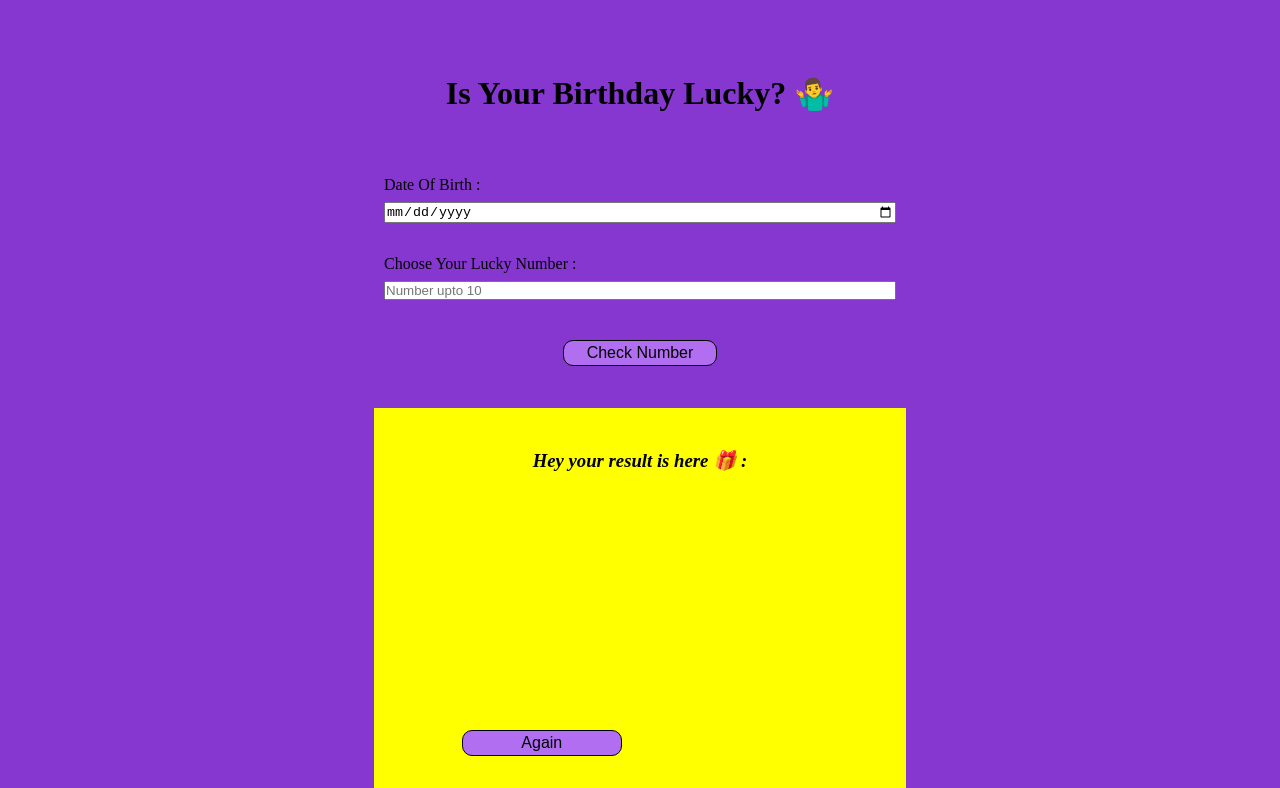
Repository: patelamancode/Lucky-Birthday-App
Page: index.html
An editor plug-in stored every save of this project. The page is shown before and after the next save, followed by the edit.
The browser window is 1280 px wide. The pictures show the whole page.

Above is the page before, as saved 2022-11-23 15:27:09.

### index.html
<!DOCTYPE html>
<html lang="en">
<head>
    <meta charset="UTF-8">
    <meta http-equiv="X-UA-Compatible" content="IE=edge">
    <meta name="viewport" content="width=device-width, initial-scale=1.0">
    <link rel="stylesheet" href="index.css">
    <title>Is your birthday lucky</title>
</head>
<body>
    <div id="main-container">
        <h1 class="app-title">Is Your Birthday Lucky? 🤷‍♂️</h1>
        <label for="date-of-birth" class="dob">Date Of Birth :</label>
        <input type="date" id="selected-dob">
        <label for="lucky-number" class="favourite-number">Choose Your Lucky Number :</label>
        <input type="number" class="user-number" placeholder="Number upto 10">
        <button id="check-btn">Check Number</button>
    </div>
    <div id="graphic-container">
        <h3 id="result-heading">Hey your result is here 🎁 :</h3>
        <p id="final-result"></p>
        <button id="back-btn">Again</button>
    </div>
    <script src="index.js"></script>
</body>
</html>

### index.css
*{
    margin: 0;
    padding: 0;
}
 body{
    background-color: rgb(134, 55, 207);
 }

 #main-container {
    display: flex;
    flex-direction: column;
    width: 40vw;
    margin: auto;
    margin-top: 2rem;
    padding: 10px;
    text-align: center;
 }

 .app-title{
    margin: 2rem 0;
 }
 label{
    width: auto;
    text-align: left;
    margin-top: 2rem;
    margin-bottom: 0.5rem;
 }
 /* input{
    -webkit-appearance: none;
    box-shadow: none !important;
 } */
 button{
    margin: auto;
    margin-top: 2.5rem;
    width: 30%;
    padding: 3px;
    font-size: 1rem;
    font-weight: 500;
    border: 1px solid;
    background-color: rgb(177, 110, 240);
    border-radius: 10px;
 }

/* change in display to flex from none */
 #graphic-container{
    display: flex;
    flex-direction: column;
    width: 40vw;
    height: 50vh;
    margin: auto;
    margin-top: 2rem;
    padding: 10px;
    text-align: center;
    background-color: yellow;
    position: relative;

 }
#result-heading{
  font-style: italic;
  margin: 2rem;
 }

 #back-btn{
   position: absolute;
   bottom: 2rem;
   left: 5.5rem;
 }

### index.js
const checkButton = document.querySelector('#check-btn');
const appContent = document.querySelector('#main-container');
const userBirthDate = document.querySelector('#selected-dob');
const luckyNumber = document.querySelector('.user-number');
const graphicDisplay = document.querySelector('#graphic-container');
const backButton = document.querySelector('#back-btn');



function showResult() {
    hideContent();
    graphicDisplay.style.display = "flex";
};

function hideContent() {
    appContent.style.display = "none";
};


function specialDateIs() {
    let value = userBirthDate.value.split("-");
    var sum = 0;
    for (let i = 0; i < value.length; i++) {
        sum += parseInt(value[i]);
    }
    console.log(sum);
    if (sum % luckyNumber.value == 0) {
        console.log("you have a special birthdate")
    } else console.log("Opps your birthdate is normal");

};


checkButton.addEventListener('click', function() {
    specialDateIs();
    showResult();
    console.log(value);
});

backButton.addEventListener('click',function(){
    appContent.style.display = "flex";
    graphicDisplay.style.display = "none"
    window.location.reload();
});

After the next save:
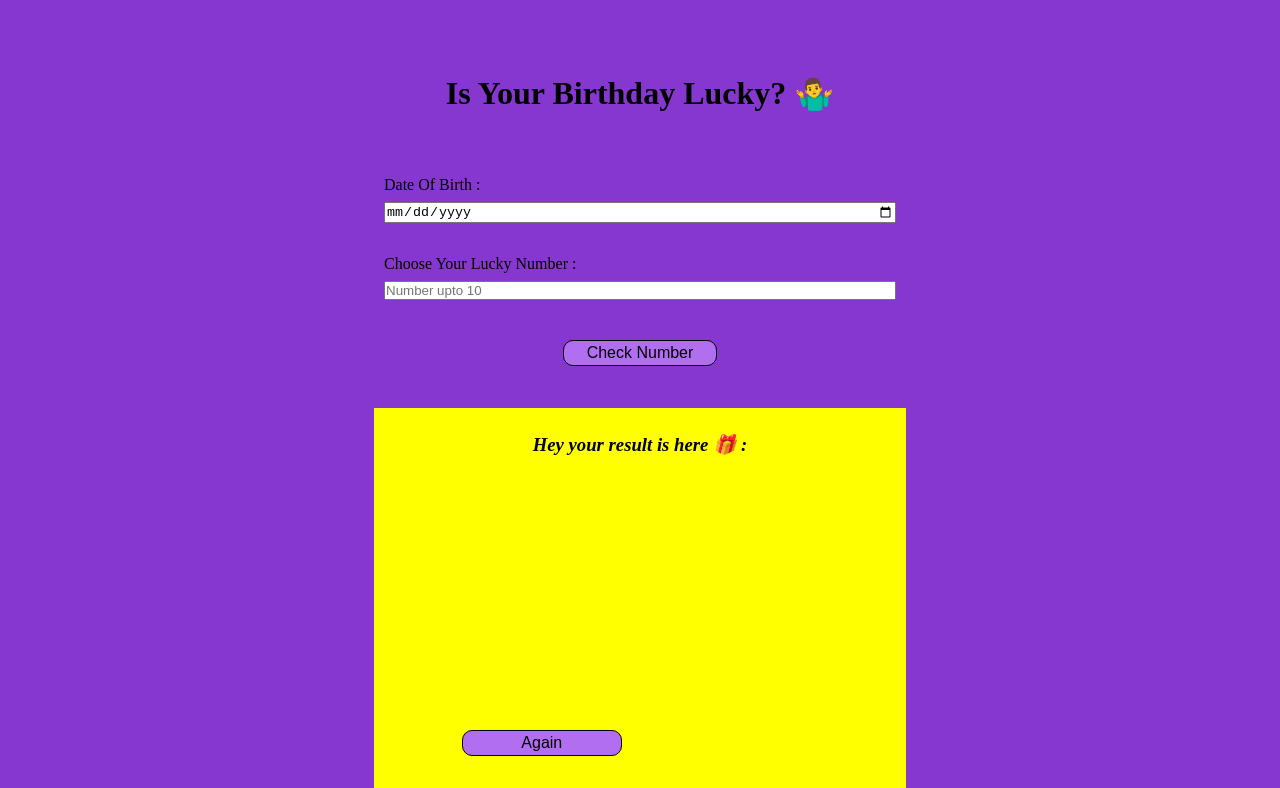
Saved 14 s later.
--- a/index.css
+++ b/index.css
@@ -57,7 +57,7 @@
  }
 #result-heading{
   font-style: italic;
-  margin: 2rem;
+  margin: 1rem;
  }
 
  #back-btn{

After the save that followed:
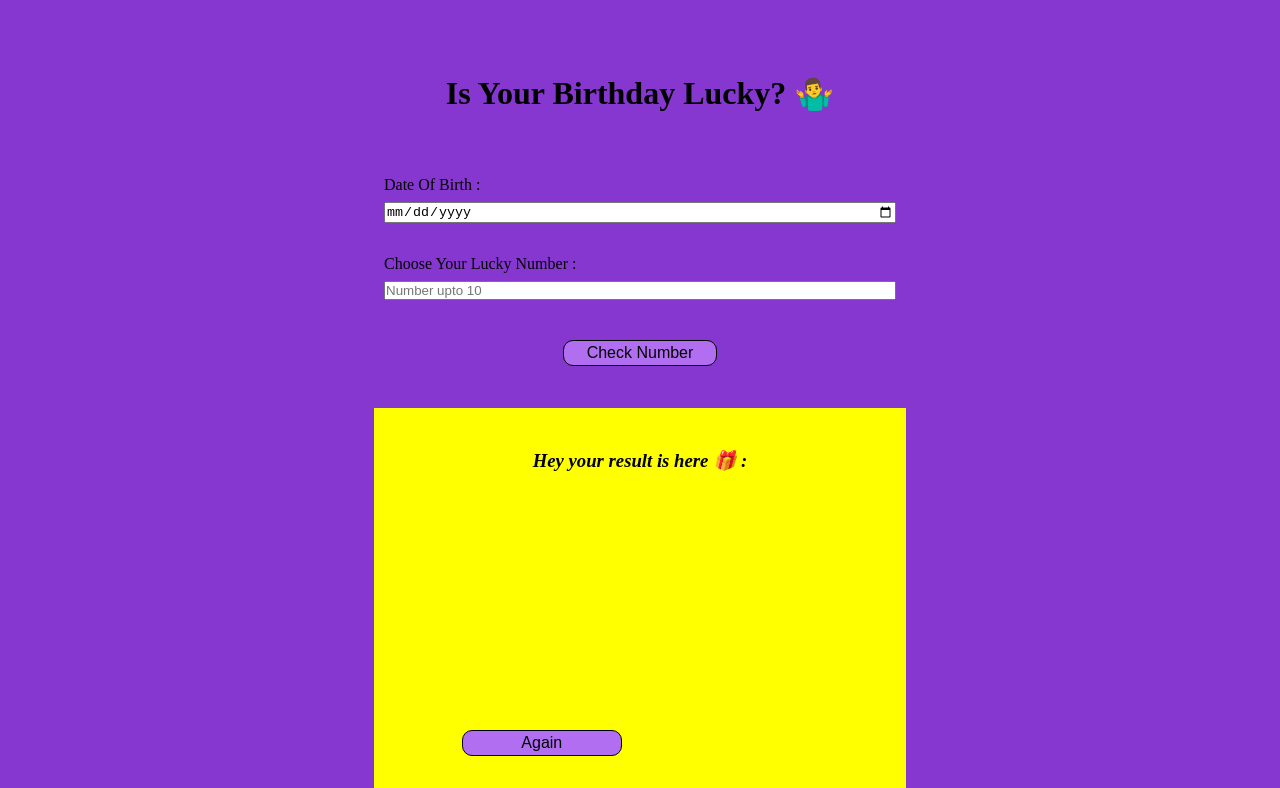
Saved 18 s later.
--- a/index.css
+++ b/index.css
@@ -57,7 +57,7 @@
  }
 #result-heading{
   font-style: italic;
-  margin: 1rem;
+   margin-top: 2rem;
  }
 
  #back-btn{
